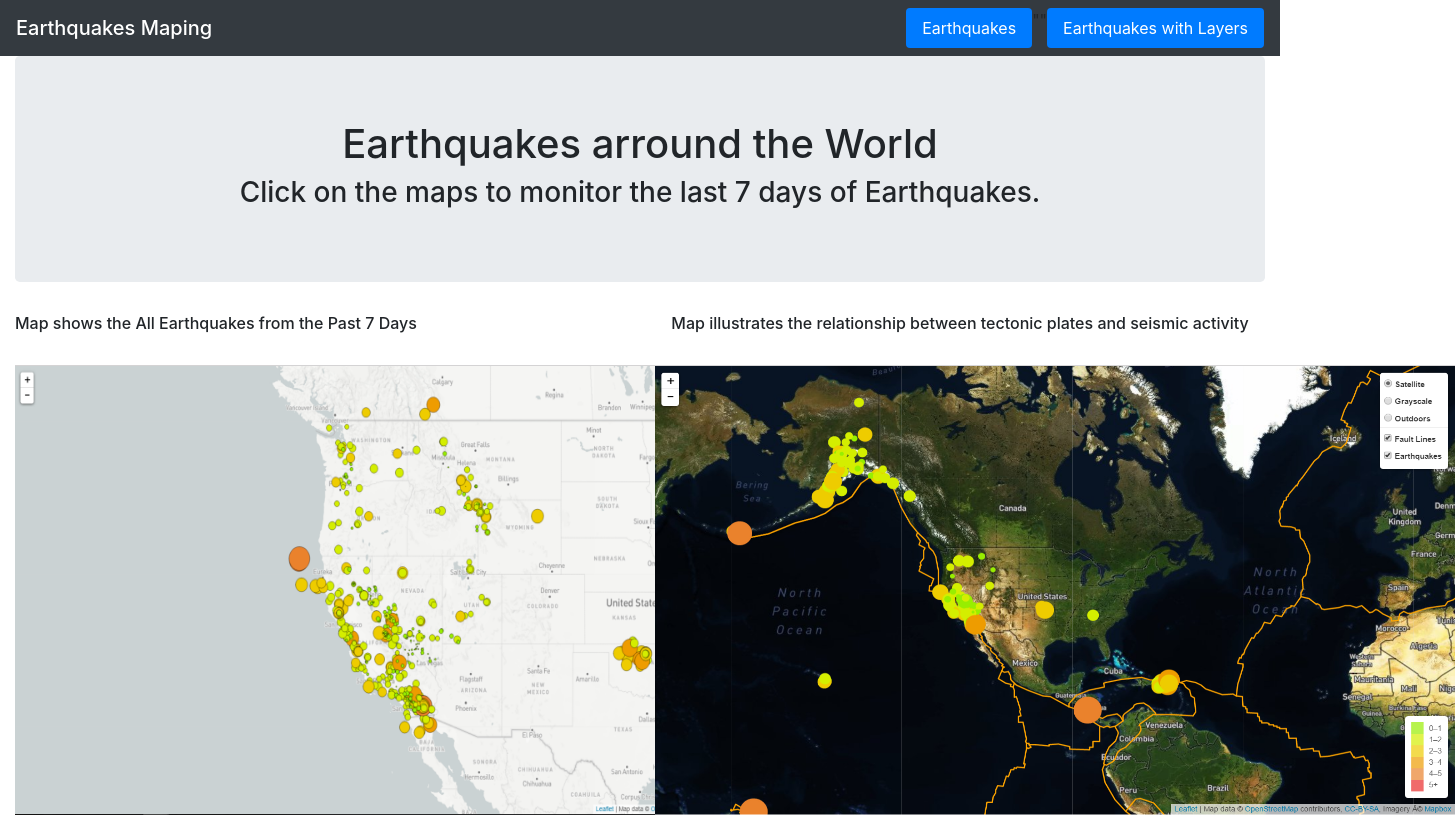
Repository: ermiasgelaye/leaflet-challenge
Page: index.html
The author's editor kept a copy of each file at every save. The page is drawn from the files as they stood at one save, then again after a run of saves.
The browser window is 1280 px wide. The page is 1455 px wide, so the pictures cover 1455 px, including what lies to the right of the window. The pictures show the whole page.

Above is the page before, as saved 2020-09-18 22:41:41.

### index.html
<!DOCTYPE html>
<html lang="en">

<head>
    <meta charset="UTF-8" />
    <meta name="viewport" content="width=device-width, initial-scale=1.0" />
    <meta http-equiv="X-UA-Compatible" content="ie=edge" />
    <title>Earthquakes Challenge</title>
    <link rel="stylesheet" href="https://stackpath.bootstrapcdn.com/bootstrap/4.3.1/css/bootstrap.min.css" integrity="sha384-ggOyR0iXCbMQv3Xipma34MD+dH/1fQ784/j6cY/iJTQUOhcWr7x9JvoRxT2MZw1T" crossorigin="anonymous" />

    <!-- jQuery library -->
    <script src="https://ajax.googleapis.com/ajax/libs/jquery/3.4.1/jquery.min.js"></script>
    <link rel="stylesheet" type="text/css" href="static/css/style.css" />
    <!-- Latest compiled JavaScript -->
    <script src="https://maxcdn.bootstrapcdn.com/bootstrap/4.3.1/js/bootstrap.min.js"></script>
</head>

<body>
    <nav class="navbar navbar-dark bg-dark size_hide">
        <a href="index.html"><span class="navbar-brand mb-0 h1 back_color"
          >Earthquakes Maping</span
        ></a
      >

      <ul class="nav nav-pills">
        <li class="nav-item">
          <a class="nav-link active" href="Leaflet-Step-1/step-1.html"
            >Earthquakes</a>
        </li>
        <a>""</a>
        <li class="nav-item">
          <a class="nav-link active" href="Leaflet-Step-2/step-2.html"
            >Earthquakes with Layers</a
          >
        </li>
      </ul>
    </nav>
    <div  class="container-fluid">
      <div class="jumbotron text-center">

        <h1>Earthquakes arround the World</h1>
        <h3>
          Click on the maps to monitor the last 7 days of Earthquakes.
        </h3>
      </div>
      <div class="row">
        <div class="col-lg-6">
          <h6>Map shows the All Earthquakes from the Past 7 Days</h6>
          <br />
          <a href="Leaflet-Step-1/step-1.html"
            ><img
              src="images/2-BasicMap.png"
              alt="Mapping without Layers"
              width="800"
              height="450"
          /></a>
        </div>
        <div class="col-lg-6">
            <h6 style="text-align:center;">
                Map illustrates the relationship between tectonic plates and seismic activity
            </h6>
            <br />
            <a href="Leaflet-Step-2/step-2.html">
                <img src="images/5-Advanced.png" alt="Mapping with Layers" width="800" height="450" /></a>
        </div>
        </div>
        </div>
</body>

</html>

Loaded but not shown: static/css/style.css (common file)

After the next 2 saves:
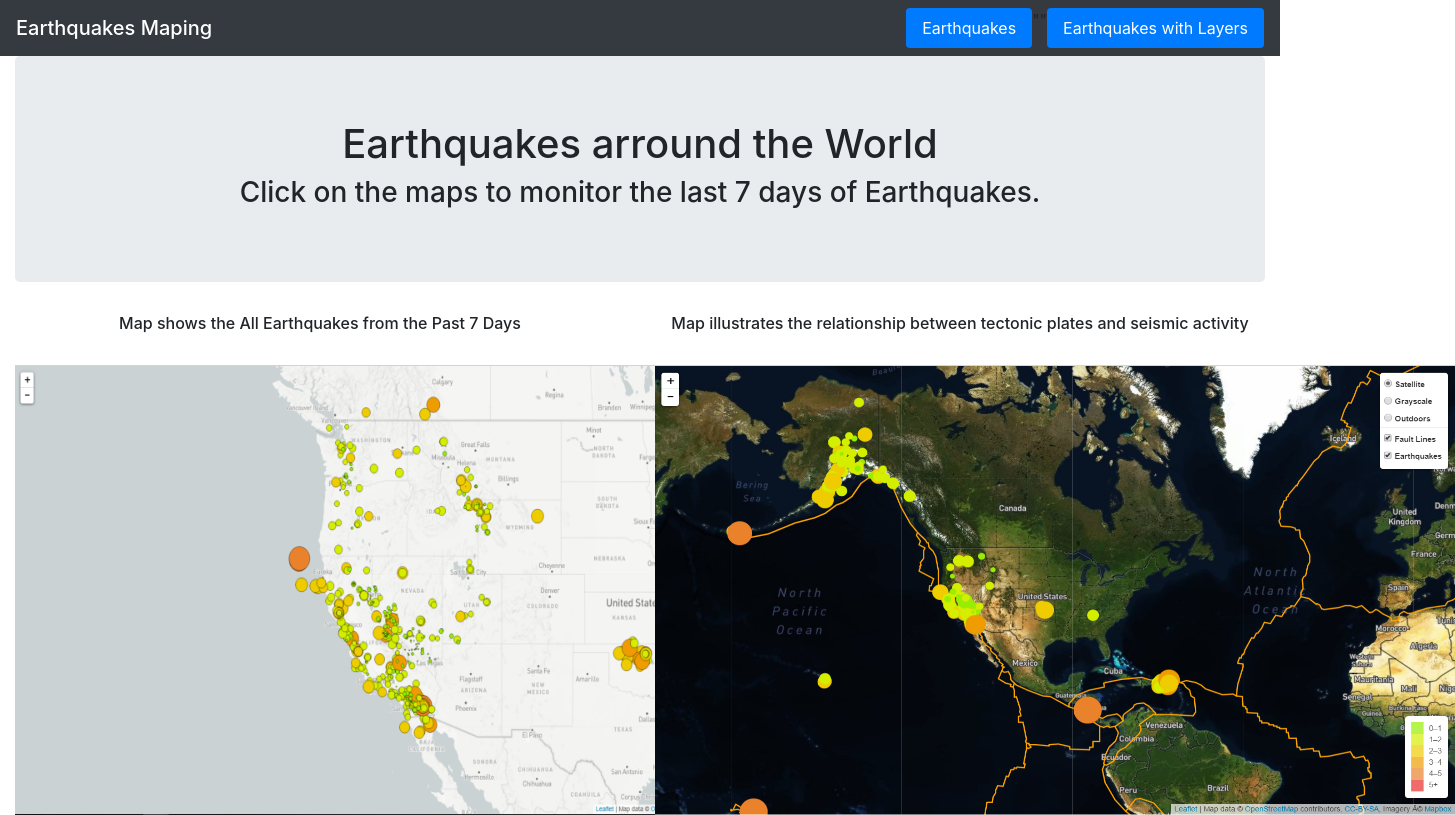
The 2 saves are shown as one change because they came seconds apart.
The last was saved 16 s later.
--- a/index.html
+++ b/index.html
@@ -45,7 +45,7 @@
       </div>
       <div class="row">
         <div class="col-lg-6">
-          <h6>Map shows the All Earthquakes from the Past 7 Days</h6>
+          <h6 style="text-align:center;"> Map shows the All Earthquakes from the Past 7 Days</h6>
           <br />
           <a href="Leaflet-Step-1/step-1.html"
             ><img
